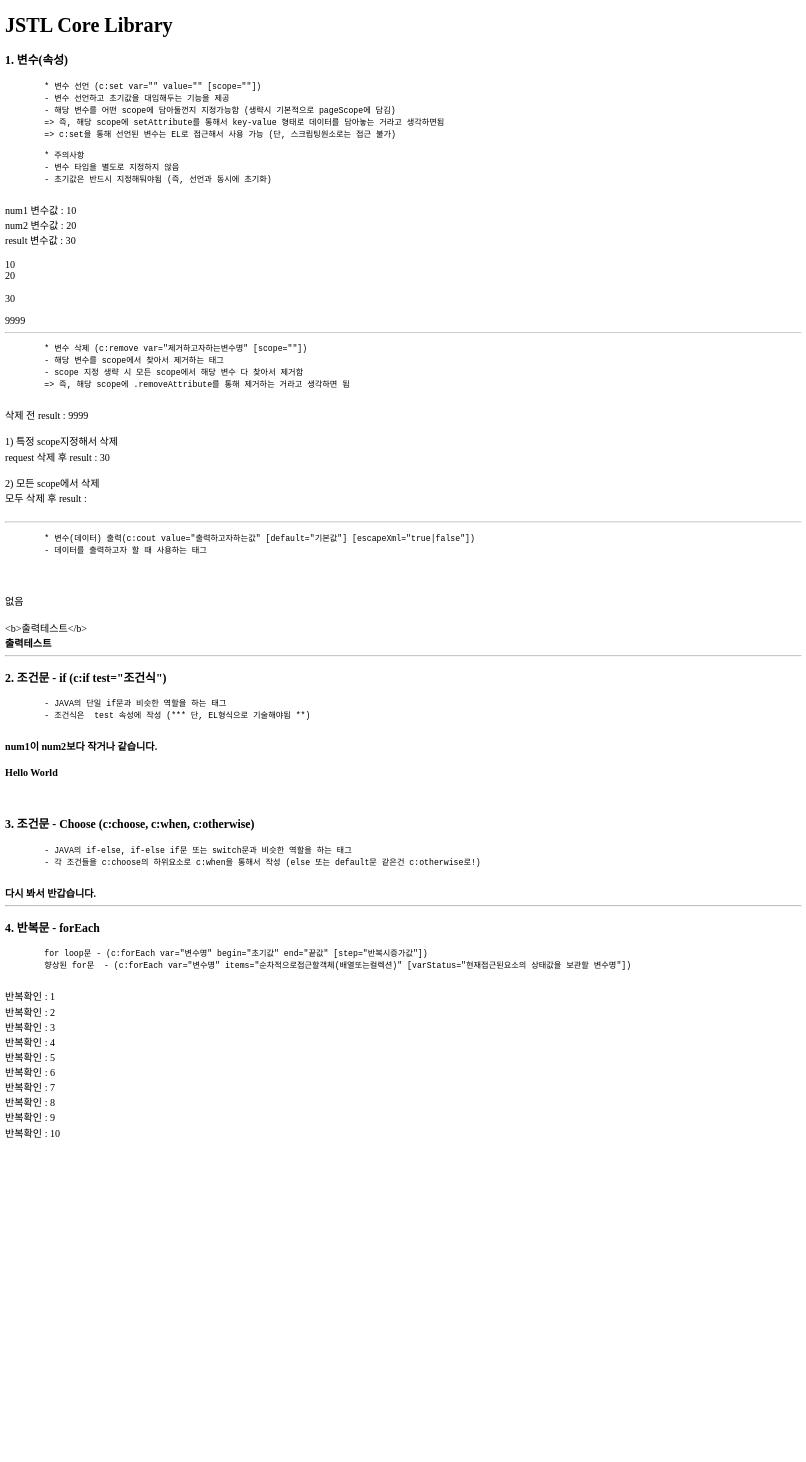
Repository: Young-27/DailyStudy
Page: http://localhost/actionProject/views/3_customAction/01_core.jsp
The author's editor kept a copy of each file at every save. The page is drawn from the files as they stood at one save, then again after the next save.
The browser window is 1280 px wide. The pictures show the whole page, at 63% of full size.
The page is served by Tomcat 9. Other server files are loaded and not shown.

Above is the page before, as saved 2021-06-17 10:17:35.

### Server/web-workspace2/actionProject/WebContent/views/3_customAction/01_core.jsp
<%@ page language="java" contentType="text/html; charset=UTF-8"
    pageEncoding="UTF-8"%>
<%@ taglib prefix="c" uri="http://java.sun.com/jsp/jstl/core" %>
<!DOCTYPE html>
<html>
<head>
<meta charset="UTF-8">
<title>Insert title here</title>
</head>
<body>

	<h1>JSTL Core Library</h1>

	<h3>1. 변수(속성)</h3>
	<pre>
	* 변수 선언 (c:set var="" value="" [scope=""])
	- 변수 선언하고 초기값을 대입해두는 기능을 제공
	- 해당 변수를 어떤 scope에 담아둘껀지 지정가능함 (생략시 기본적으로 pageScope에 담김)
	=> 즉, 해당 scope에 setAttribute를 통해서 key-value 형태로 데이터를 담아놓는 거라고 생각하면됨
	=> c:set을 통해 선언된 변수는 EL로 접근해서 사용 가능 (단, 스크립팅원소로는 접근 불가)

	* 주의사항
	- 변수 타입을 별도로 지정하지 않음
	- 초기값은 반드시 지정해둬야됨 (즉, 선언과 동시에 초기화)
	</pre>

	<c:set var="num1" value="10"/> <!-- page Scope에 담김 -->
	<c:set var="num2" value="20" scope="request"/>
	<%-- => request.setAttribute("num2", "20"); 와 같음 --%>

	num1 변수값 : ${ num1 } <br>
	num2 변수값 : ${ num2 } <br>

	<c:set var="result" value="${ num1 + num2 }" scope="session"/>

	result 변수값 : ${ result } <br><br>
	<%-- scope를 지정해주면 속도가 더 빨라짐 --%>

	${ pageScope.num1 } <br>
	${ requestScope.num2 } <br>
	${ requestScope.result } <br> <%-- request Scope에 존재X => null(X), 빈칸(O) --%>
	${ sessionScope.result } <br><br>

	<c:set var="result" scope="request">
		9999 <%-- value값 ! --%>
	</c:set>

	${ requestScope.result } <br>

	<hr>

	<pre>
	* 변수 삭제 (c:remove var="제거하고자하는변수명" [scope=""])
	- 해당 변수를 scope에서 찾아서 제거하는 태그
	- scope 지정 생략 시 모든 scope에서 해당 변수 다 찾아서 제거함
	=> 즉, 해당 scope에 .removeAttribute를 통해 제거하는 거라고 생각하면 됨
	</pre>

	삭제 전 result : ${ result } <br><br>

	1) 특정 scope지정해서 삭제 <br>
	<c:remove var="result" scope="request"/>
	request 삭제 후 result : ${ result } <br><br>

	2) 모든 scope에서 삭제 <br>
	<c:remove var="result"/>
	모두 삭제 후 result : ${ result } <br><br>

	<hr>

	<pre>
	* 변수(데이터) 출력(c:cout value="출력하고자하는값" [default="기본값"] [escapeXml="true|false"])
	- 데이터를 출력하고자 할 때 사용하는 태그
	<%-- 출력하고자 하는 값이 존재하지 않을 경우 default="기본값"출력 --%>
	</pre>

	<c:out value="${ result }"/> <br>
	<c:out value="${ result }" default="없음"/> <br><br>
	<%-- 사용 예시 : 1:1문의에서 답변이 달리지 않았을 경우 default문구 출력하도록 !! --%>

	<c:set var="outTest" value="<b>출력테스트</b>"/>
	<c:out value="${ outTest }"/><br> <!-- escapeXml 생략 시 기본값이 true == 태그 해석안됨 (문자열로 취급) -->
	<c:out value="${ outTest }" escapeXml="false"/> <br>

	<hr>

	<h3>2. 조건문 - if (c:if test="조건식")</h3>
	<pre>
	- JAVA의 단일 if문과 비슷한 역할을 하는 태그
	- 조건식은  test 속성에 작성 (*** 단, EL형식으로 기술해야됨 **)
	</pre>

	<%--
	<% if(num1 > num2) { %>


	<% } %>
	 --%>

	 <c:if test="${ num1 > num2 }"> <!-- > 혹은 gt -->
	 	<b>num1이 num2보다 큽니다.</b>
	 </c:if>

	 <c:if test="${ num1 <= num2 }"> <!-- <= 혹은 le -->
	 	<b>num1이 num2보다 작거나 같습니다.</b>
	 </c:if>

	 <br>

	 <c:set var="str" value="안녕하세요"/>

	 <!-- 기존 방식 -->
	 <%--
	 <% if(str.equals("안녕하세요")){%>

	 <% } %>
	 --%>

	 <c:if test="${ str eq '안녕하세요' }">
	 	<h4>Hello World</h4>
	 </c:if>

	 <c:if test="${ str ne '안녕하세요' }">
	 	<h4>Bye World</h4>
	 </c:if>

	<br>

	<h3>3. 조건문 - Choose (c:choose, c:when, c:otherwise)</h3>
	<pre>
	- JAVA의 if-else, if-else if문 또는 switch문과 비슷한 역할을 하는 태그
	- 각 조건들을 c:choose의 하위요소로 c:when을 통해서 작성 (else 또는 default문 같은건 c:otherwise로!)
	</pre>

	<%-- 기존방식
	<% if(num1 == 20) { %>

	<% }else if(num1 == 10){ %>

	<% }else{ %>

	<% } %>
	--%>

	<c:choose>
		<c:when test="${ num1 eq 20 }">
			<b>처음 뵙겠습니다.</b>
		</c:when>
		<c:when test="${ num1 eq 10 }">
			<b>다시 봐서 반갑습니다.</b>
		</c:when>
		<c:otherwise>
			<b>안녕하세요</b>
		</c:otherwise>
	</c:choose>
	<!-- *주의 : choose 구역 안에 다른 텍스트 작성하면 오류남!! 주석 써도 오류남!! -->

	<hr>

	<h3>4. 반복문 - forEach</h3>
	<pre>
	for loop문 - (c:forEach var="변수명" begin="초기값" end="끝값" [step="반복시증가값"])
	향상된 for문  - (c:forEach var="변수명" items="순차적으로접근할객체(배열또는컬렉션)" [varStatus="현재접근된요소의 상태값을 보관할 변수명"])
	</pre>

	<%-- 기존방식
	<% for(int i=1; i<=10; i++){%>

	<%} %>
	 --%>
	 <c:forEach var="i" begin="1" end="10">
	 	반복확인 : ${ i } <br>
	 </c:forEach>






	<br><br><br><br><br><br><br><br><br><br><br><br><br><br><br><br><br><br><br><br><br><br><br><br><br><br><br><br>




</body>
</html>

After the next save:
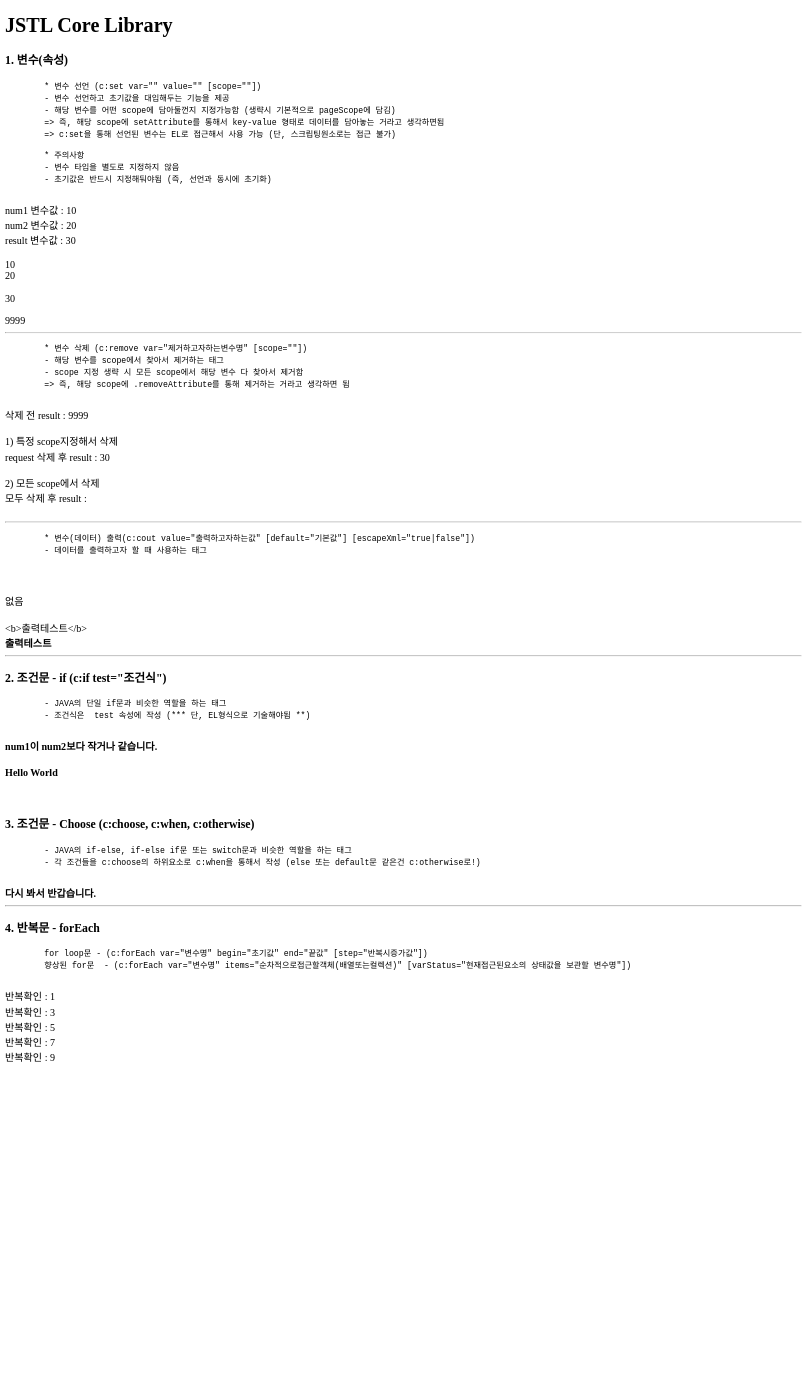
Saved 84 s later.
--- a/Server/web-workspace2/actionProject/WebContent/views/3_customAction/01_core.jsp
+++ b/Server/web-workspace2/actionProject/WebContent/views/3_customAction/01_core.jsp
@@ -168,7 +168,7 @@
 
 	<%} %>
 	 --%>
-	 <c:forEach var="i" begin="1" end="10">
+	 <c:forEach var="i" begin="1" end="10" step="2">
 	 	반복확인 : ${ i } <br>
 	 </c:forEach>
 
